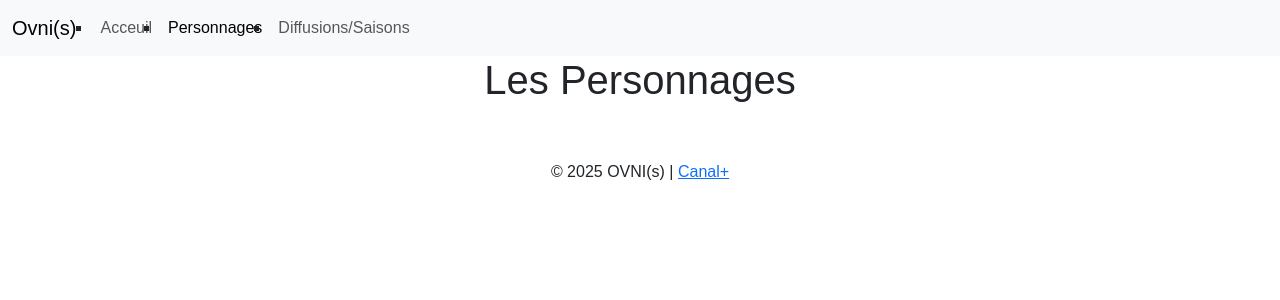
Repository: Timazoy/Site_ovni_tp
Page: perso.html
The author's editor kept a copy of each file at every save. The page is drawn from the files as they stood at one save, then again after the next save.
The browser window is 1280 px wide. The pictures show the whole page.
Some web fonts or font styles are not loaded; a fallback is used.

Above is the page before, as saved 2025-12-16 13:52:56.

After the next save:
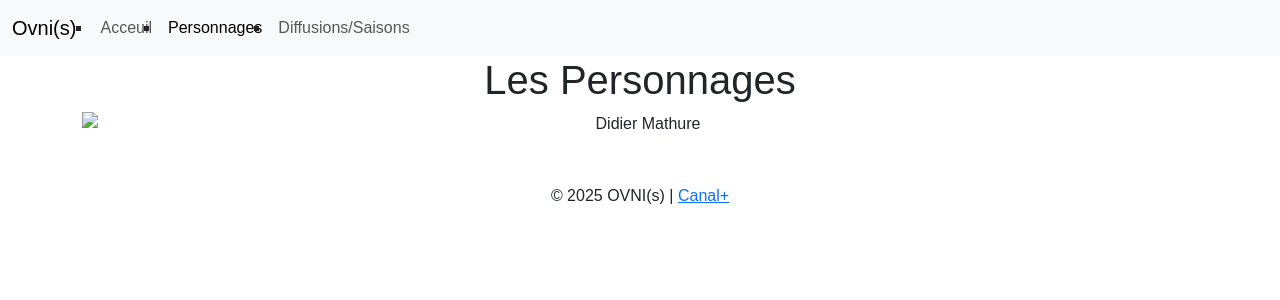
Not found: ...
Saved 4 min 26 s later.
--- a/perso.html
+++ b/perso.html
@@ -50,6 +50,46 @@
             </div>
             <div class="col-15">
                 <h1>Les Personnages</h1>
+
+
+                <div id="carouselExampleIndicators" class="carousel slide">
+                    <div class="carousel-indicators">
+                        <button type="button" data-bs-target="#carouselExampleIndicators" data-bs-slide-to="0"
+                            class="active" aria-current="true" aria-label="Slide 1"></button>
+                        <button type="button" data-bs-target="#carouselExampleIndicators" data-bs-slide-to="1"
+                            aria-label="Slide 2"></button>
+                        <button type="button" data-bs-target="#carouselExampleIndicators" data-bs-slide-to="2"
+                            aria-label="Slide 3"></button>
+                        <button type="button" data-bs-target="#carouselExampleIndicators" data-bs-slide-to="3"
+                            aria-label="Slide 4"></button>
+                    </div>
+                    <div class="carousel-inner">
+                        <div class="carousel-item active">
+                            <img src="..." class="d-block w-100" alt="Didier Mathure">
+                        </div>
+                        <div class="carousel-item">
+                            <img src="..." class="d-block w-100" alt="Marcel Bénes">
+                        </div>
+                        <div class="carousel-item">
+                            <img src="..." class="d-block w-100" alt="Véra Clouseau">
+                        </div>
+                        <div class="carousel-item">
+                            <img src="..." class="d-block w-100" alt="Rémy Bidaut">
+                        </div>
+                    </div>
+                    <button class="carousel-control-prev" type="button" data-bs-target="#carouselExampleIndicators"
+                        data-bs-slide="prev">
+                        <span class="carousel-control-prev-icon" aria-hidden="true"></span>
+                        <span class="visually-hidden">Previous</span>
+                    </button>
+                    <button class="carousel-control-next" type="button" data-bs-target="#carouselExampleIndicators"
+                        data-bs-slide="next">
+                        <span class="carousel-control-next-icon" aria-hidden="true"></span>
+                        <span class="visually-hidden">Next</span>
+                    </button>
+                </div>
+
+
             </div>
             <div class="col">
                 <!--Fait pour mettre du contenue dans la colonne de milieu-->
